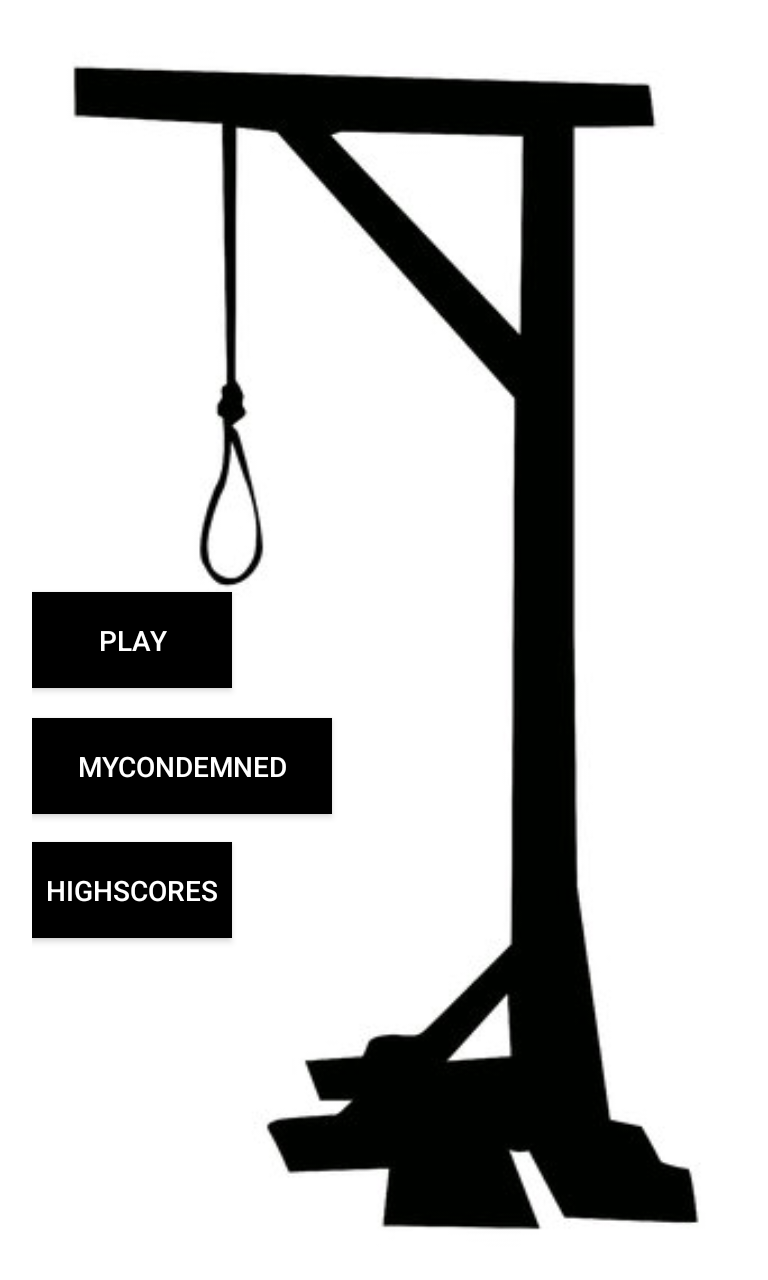
Repository: Sjaakja/hangman_app_studio
Layout: workspace/Hangman-TimeToSaveYourFriends/res/layout/fragment_main.xml
The author's editor kept a copy of each file at every save. The layout is drawn from the files as they stood at one save, then again after the next save.
It is drawn on a 768 x 1280 px phone screen (xhdpi) without system bars, with theme AppTheme; the app's code is not run.

Above is the layout before, as saved 2014-06-10 15:06:12.

### workspace/Hangman-TimeToSaveYourFriends/res/layout/fragment_main.xml
<RelativeLayout xmlns:android="http://schemas.android.com/apk/res/android"
    xmlns:tools="http://schemas.android.com/tools"
    android:background="@drawable/gallow"
    android:layout_width="match_parent"
    android:layout_height="match_parent"
    android:paddingBottom="@dimen/activity_vertical_margin"
    android:paddingLeft="@dimen/activity_horizontal_margin"
    android:paddingRight="@dimen/activity_horizontal_margin"
    android:paddingTop="@dimen/activity_vertical_margin"
    tools:context="com.example.hangman_timetosaveyourfriends.MainActivity$PlaceholderFragment" >

    <Button
        android:id="@+id/button1"
        android:layout_width="100dp"
        android:layout_height="wrap_content"
        android:layout_alignParentLeft="true"
        android:layout_centerVertical="true"
        android:text="@string/title_activity_play"
        android:background="@color/black"
        android:textColor="@color/white" />

    <Button
        android:id="@+id/button2"
        android:layout_width="150dp"
        android:layout_height="wrap_content"
        android:layout_alignLeft="@+id/button1"
        android:layout_below="@+id/button1"
        android:layout_marginTop="15dp"
        android:background="@color/black"
        android:text="@string/title_activity_my_condemned"
        android:textColor="@color/white" />

    <Button
        android:id="@+id/button3"
        android:layout_width="100dp"
        android:layout_height="wrap_content"
        android:layout_alignLeft="@+id/button2"
        android:layout_below="@+id/button2"
        android:layout_marginTop="14dp"
        android:background="@color/black"
        android:text="@string/title_activity_highscores"
        android:textColor="@color/white" />

</RelativeLayout>

### workspace/Hangman-TimeToSaveYourFriends/res/values/strings.xml
<?xml version="1.0" encoding="utf-8"?>
<resources>

    <string name="app_name">Hangman - Time to save your friends</string>
    <string name="action_settings">Settings</string>
    <string name="test">Test</string>

    <string name="title_activity_play_settings">PlaySettings</string>
    	<string name="text_wrong_guesses">Maximum amount of wrong guesses</string>
    	<string name="text_word_length">Length of word</string>
    	<string name="text_choose_condemned">Choose your condemned</string>

    <string name="title_activity_play">Play</string>
    <string name="title_activity_my_condemned">MyCondemned</string>
    <string name="title_activity_highscores">Highscores</string>

</resources>

### workspace/Hangman-TimeToSaveYourFriends/res/values/color.xml
<?xml version="1.0" encoding="utf-8"?>
<resources>

    <item name="black" type="color">#000000</item>
    <item name="white" type="color">#FFFFFF</item>

    <item name="blue" type="color">#FF33B5E5</item>
    <item name="purple" type="color">#FFAA66CC</item>
    <item name="green" type="color">#FF99CC00</item>
    <item name="orange" type="color">#FFFFBB33</item>
    <item name="red" type="color">#FFFF4444</item>
    <item name="darkblue" type="color">#FF0099CC</item>
    <item name="darkpurple" type="color">#FF9933CC</item>
    <item name="darkgreen" type="color">#FF669900</item>
    <item name="darkorange" type="color">#FFFF8800</item>
    <item name="darkred" type="color">#FFCC0000</item>


</resources>

Loaded but not shown: workspace/Hangman-TimeToSaveYourFriends/res/values/styles.xml (common file); workspace/Hangman-TimeToSaveYourFriends/res/values-v11/styles.xml (common file); workspace/Hangman-TimeToSaveYourFriends/res/values-v14/styles.xml (common file); workspace/Hangman-TimeToSaveYourFriends/res/values/dimens.xml (common file); workspace/Hangman-TimeToSaveYourFriends/res/values-w820dp/dimens.xml (common file)

After the next save:
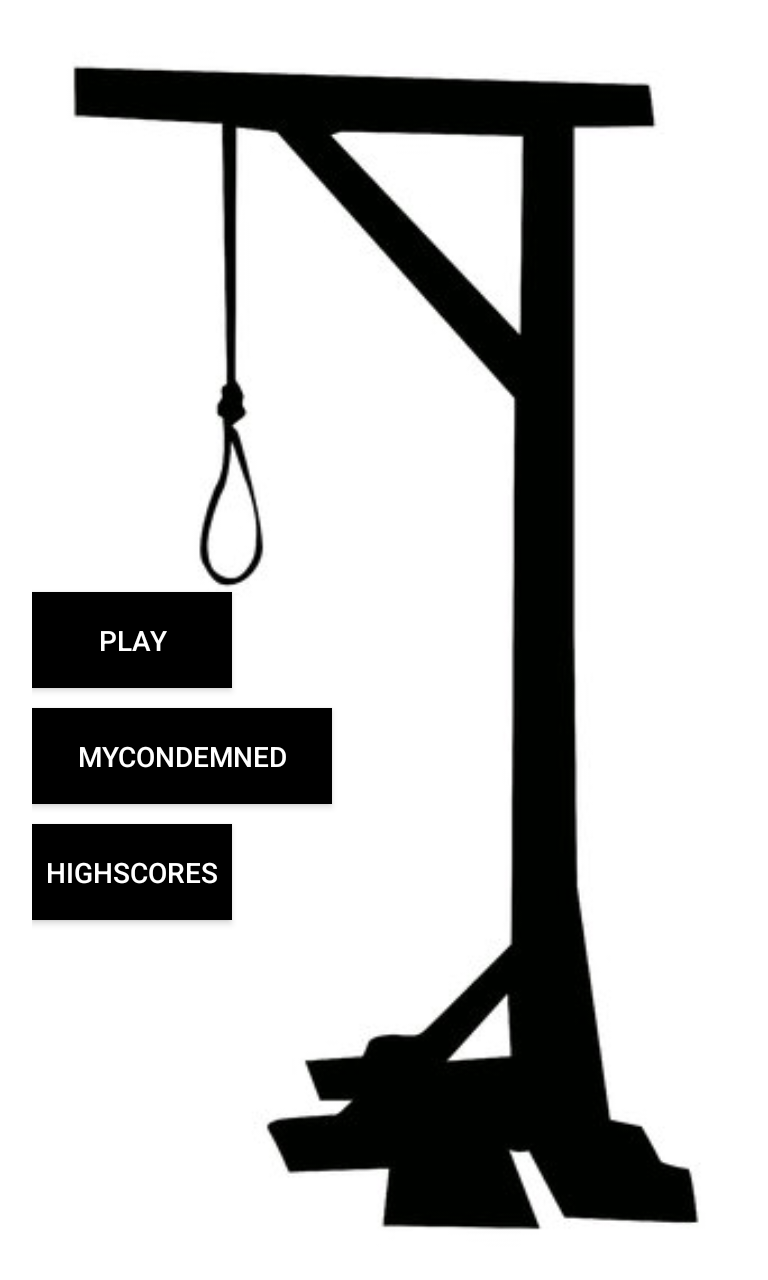
Saved 42 s later.
--- a/workspace/Hangman-TimeToSaveYourFriends/res/layout/fragment_main.xml
+++ b/workspace/Hangman-TimeToSaveYourFriends/res/layout/fragment_main.xml
@@ -25,7 +25,7 @@
         android:layout_height="wrap_content"
         android:layout_alignLeft="@+id/button1"
         android:layout_below="@+id/button1"
-        android:layout_marginTop="15dp"
+        android:layout_marginTop="10dp"
         android:background="@color/black"
         android:text="@string/title_activity_my_condemned"
         android:textColor="@color/white" />
@@ -36,7 +36,7 @@
         android:layout_height="wrap_content"
         android:layout_alignLeft="@+id/button2"
         android:layout_below="@+id/button2"
-        android:layout_marginTop="14dp"
+        android:layout_marginTop="10dp"
         android:background="@color/black"
         android:text="@string/title_activity_highscores"
         android:textColor="@color/white" />
